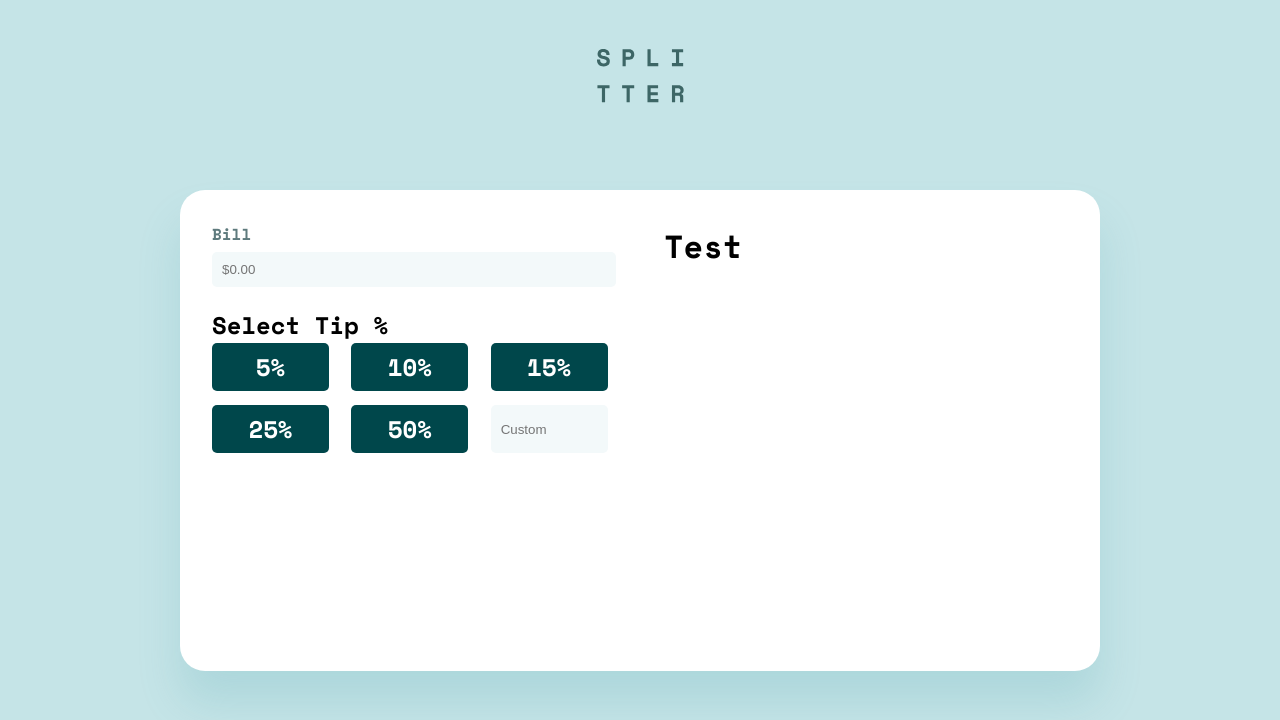
Repository: brandontaylor1/splitter
Page: index.html
The author's editor kept a copy of each file at every save. The page is drawn from the files as they stood at one save, then again after the next save.
The browser window is 1280 px wide. The pictures show the whole page.

Above is the page before, as saved 2025-02-06 16:45:00.

### index.html
<!DOCTYPE html>
<html lang="en">
<head>
    <meta charset="UTF-8">
    <meta name="viewport" content="width=device-width, initial-scale=1.0">
    <link rel="preconnect" href="https://fonts.googleapis.com">
    <link rel="preconnect" href="https://fonts.gstatic.com" crossorigin>
    <link href="https://fonts.googleapis.com/css2?family=Space+Mono:ital,wght@0,400;0,700;1,400;1,700&display=swap" rel="stylesheet">
    <link rel="stylesheet" href="styles.css">
    <title>Splitter | Tip Calculator</title>
</head>
<body>
    <img src="./assets/images/logo.svg" id="logo-image" alt="logo image">
    <main class="container">
        <div class="left-column">
            <div class="bill-input">
                <h2>Bill</h2>
                <input type="text" id="bill-input" placeholder="$0.00">
            </div>
            <div class="tip-input">
                <h2 id="select-tip-title">Select Tip %</h2>
                    <div class="tip-buttons">
                        <button class="tip-button">5%</button>
                        <button class="tip-button">10%</button>
                        <button class="tip-button">15%</button>
                        <button class="tip-button">25%</button>
                        <button class="tip-button">50%</button>
                        <input type="text" id="custom-tip" placeholder="Custom">
                    </div>
                </div>
            </div>
        <div class="right-column">
            <h1>Test</h1>
        </div>
    </main>
</body>
</html>

### styles.css
* {
    box-sizing: border-box;
    margin: 0;
    padding: 0;
}

:root {
    --background-color: #C5E4E7;
    --input-button-color: #00474B;
    --primary-white: #fff;
    --calculated-numbers-color: #26C2AE;
    --input-title-color: #5E7A7D;
    --input-background-color: #F3F9FA;
    --input-icon-color: #9EBBBD;
    --title-text-color: #3D6666;
    --custom-input-color: #547878;
}

/* UTILITY CLASSES */
.space-mono-regular {
    font-family: "Space Mono", serif;
    font-weight: 400;
    font-style: normal;
  }

  .space-mono-bold {
    font-family: "Space Mono", serif;
    font-weight: 700;
    font-style: normal;
  }

  .space-mono-regular-italic {
    font-family: "Space Mono", serif;
    font-weight: 400;
    font-style: italic;
  }

  .space-mono-bold-italic {
    font-family: "Space Mono", serif;
    font-weight: 700;
    font-style: italic;
  }


body {
    background-color: #C5E4E7;
    height: 100vh;
    width: 100%;
    display: flex;
    flex-direction: column;
    justify-content: center;
    align-items: center;
    font-family: "Space Mono", monospace;
}

#logo-image {
    margin-bottom: 87px;
}

.container {
    background-color: var(--primary-white);
    width: 920px;
    height: 481px;
    border-radius: 25px;
    box-shadow: 0px 32px 43px 0px rgba(79, 166, 175, 0.20);
    display: grid;
    gap: 48px;
    grid-template-columns: 1fr 1fr;
    padding: 32px;
}

.left-column {
    grid-column: 1 / 2;
    width: 100%;
    height: 100%;
}

.right-column {
    grid-column: 2 / 3;
    width: 100%;
    height: 100%;
    border-radius: 15px;
    background-color: var(--input-text-color);
}

input {
    width: 100%;
    padding: 10px;
    display: flex;
    flex-direction: row;
    justify-content: space-between;
    background-color: var(--input-background-color);
    border: none;
    border-radius: 5px;
    margin-bottom: 20px;
}


.bill-input h2 {
    font-size: 16px;
    color: var(--input-title-color);
    margin-bottom: 6px;
}

.tip-buttons {
    display: grid;
    grid-template-columns: repeat(3, 1fr);
    gap: 14px;
}

.select-tip-title {
    color: #5E7A7D;
    font-size: 16px;
    margin-bottom: 6px;
}

.tip-button {
    width: 117px;
    height: 48px;
    flex-shrink: 0;
    border: none;
    border-radius: 5px;
    background-color: #00474B;
    color: var(--primary-white);
    font-family: "Space Mono", monospace;
    font-size: 24px;
    font-weight: 600;


}

#custom-tip {
    width: 117px;
    height: 48px;

}

After the next save:
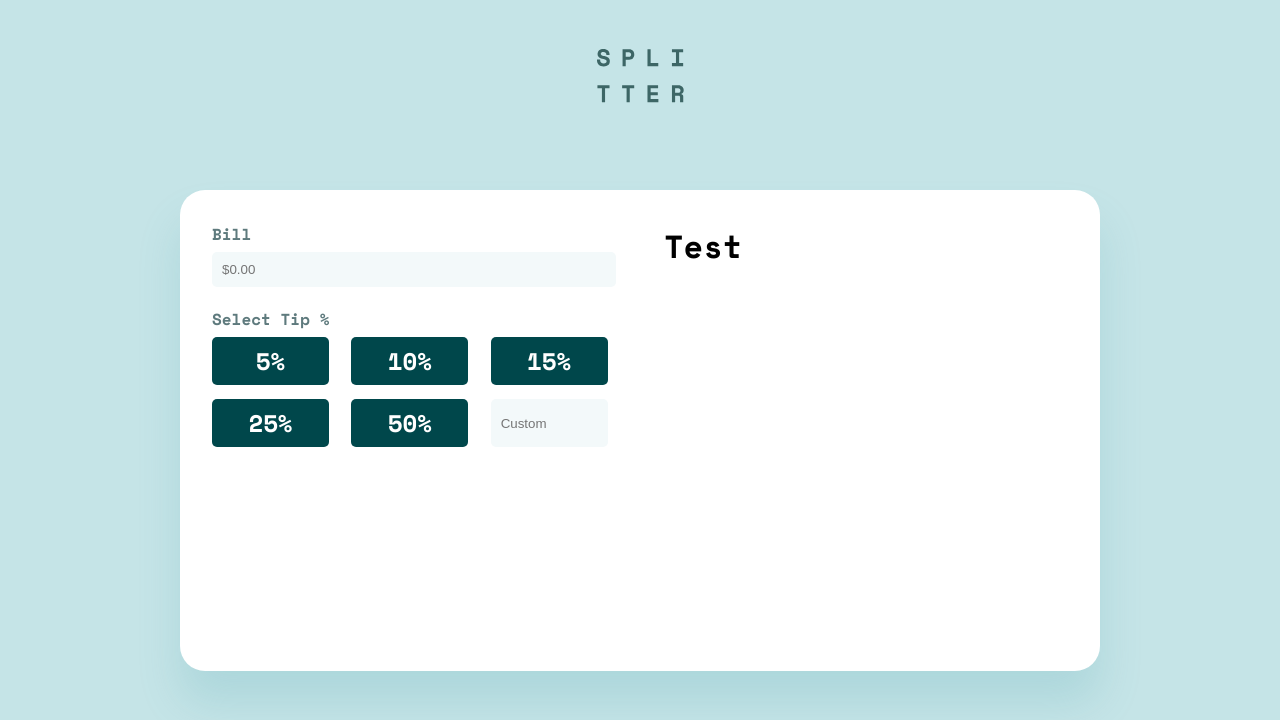
Saved 8 s later.
--- a/styles.css
+++ b/styles.css
@@ -108,7 +108,7 @@ input {
     gap: 14px;
 }
 
-.select-tip-title {
+#select-tip-title {
     color: #5E7A7D;
     font-size: 16px;
     margin-bottom: 6px;
